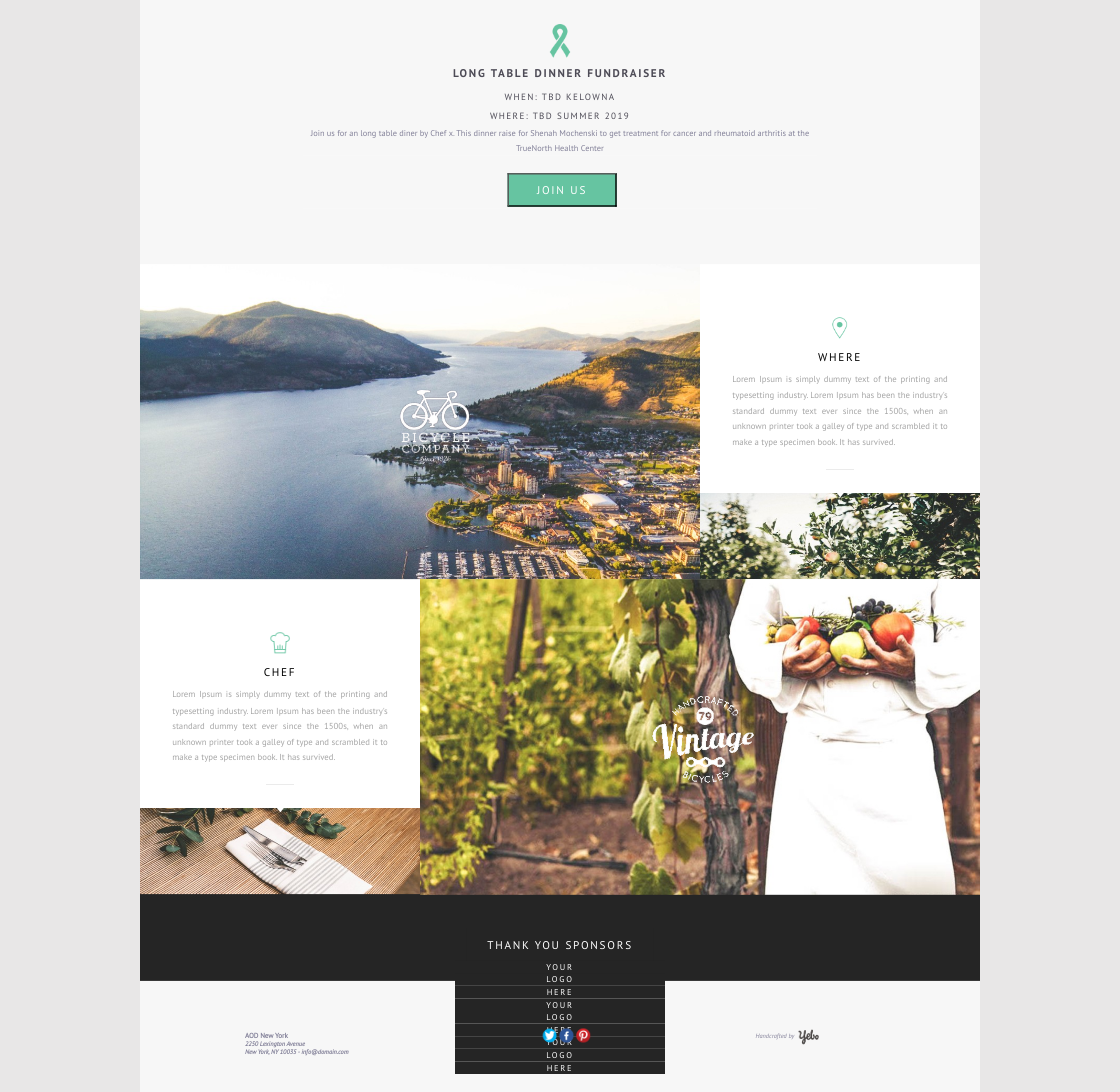
Repository: vancodes/longtable
Page: index.html
An editor plug-in stored every save of this project. The page is shown before and after the next save, followed by the edit.
The browser window is 1280 px wide. The page is 1600 px wide, so the pictures cover 1600 px, including what lies to the right of the window. The pictures show the part of the page from y = 796 to 2356 px (the page is 2356 px tall before and 2330 px after), at 70% of full size.

Above is the page before, as saved 2019-04-08 16:04:38.

After the next save:
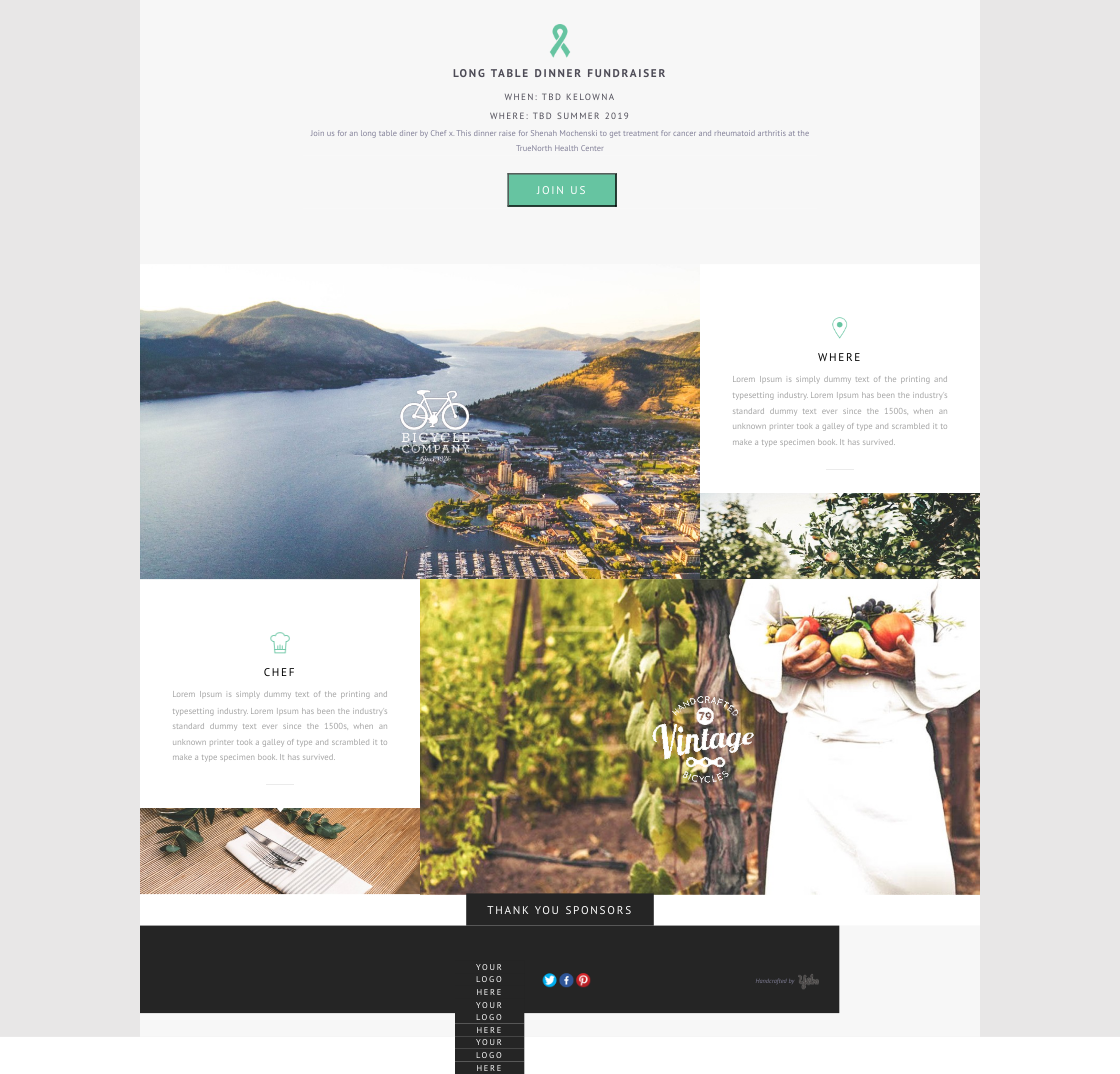
Saved 55 s later.
--- a/index.css
+++ b/index.css
@@ -544,12 +544,6 @@ img {
 
 /* last section */
 
-.discover-container {
-  background-color: #252525;
-  height: 75px;
-  padding-top: 50px;
-}
-
 .discover-text button {
   border: none;
   padding: 3px 30px;
@@ -562,6 +556,12 @@ img {
   font-size: 16px;
   color: #fff;
   background-color: #252525;
+}
+.sponsor-bar {
+  position: absolute;
+  background-color: #252525;
+  height: 75px;
+  padding-top: 50px;
 }
 
   .sponsor-logo p {
